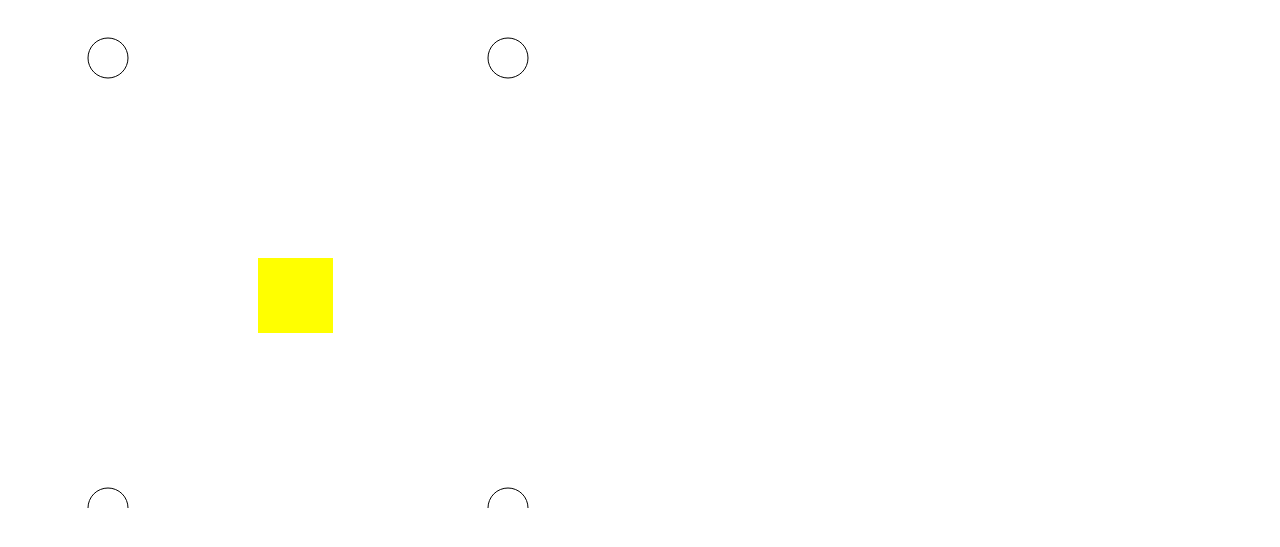
Repository: facio313/Python
Page: HELLO_PYTHON/day17/templates/canvas.html
The author's editor kept a copy of each file at every save. The page is drawn from the files as they stood at one save, then again after the next save.
The browser window is 1280 px wide. The pictures show the whole page.

Above is the page before, as saved 2022-12-15 10:38:06.

### HELLO_PYTHON/day17/templates/canvas.html
<!DOCTYPE html>
<html>
<head>
<meta charset="UTF-8">
<title>Insert title here</title>
</head>
<body onload="loader()">
<script>
function loader(){
	var canvas = document.getElementById( "canvas" );   // canvas 객체
	var ctx = canvas.getContext( "2d" );      // 2d canvas 획득

	ctx.beginPath();
	ctx.arc(100, 50, 20, 0, Math.PI*2, false );
	ctx.stroke();

	ctx.beginPath();
	ctx.arc(500, 50, 20, 0, Math.PI*2, false );
	ctx.stroke();

	ctx.beginPath();
	ctx.arc(500, 500, 20, 0, Math.PI*2, false );
	ctx.stroke();

	ctx.beginPath();
	ctx.arc(100, 500, 20, 0, Math.PI*2, false );
	ctx.stroke();

	ctx.fillStyle = "rgba(255, 255, 0, 1)";
	ctx.fillRect (250, 250, 75, 75);
}
</script>

 <canvas id="canvas" width="600" height="500"/>

</body>
</html>

After the next save:
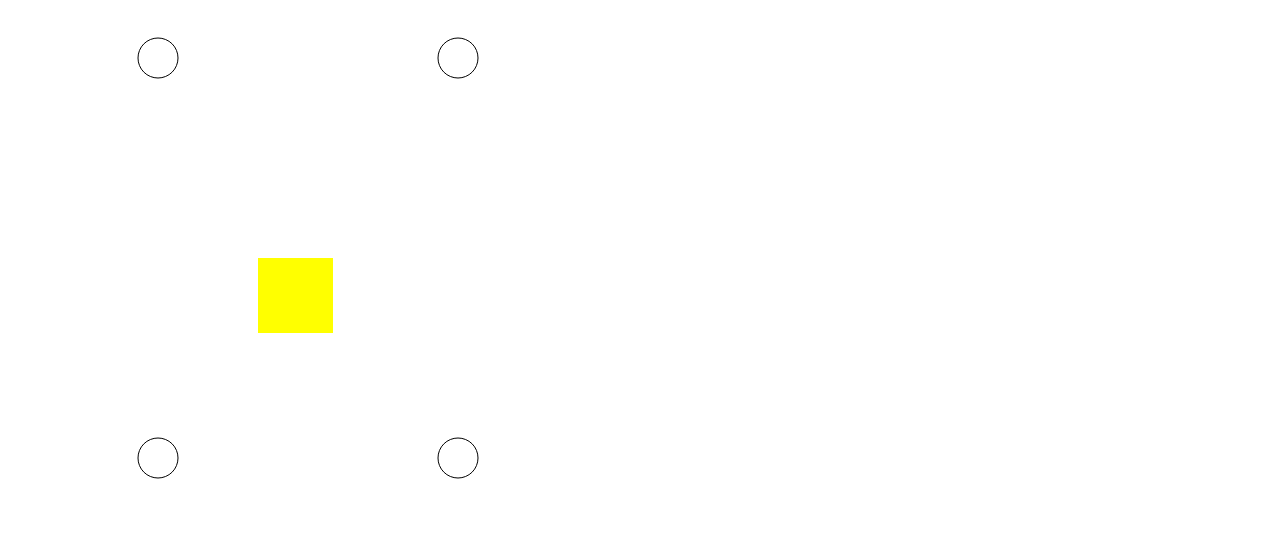
Saved 24 s later.
--- a/HELLO_PYTHON/day17/templates/canvas.html
+++ b/HELLO_PYTHON/day17/templates/canvas.html
@@ -11,19 +11,19 @@ function loader(){
 	var ctx = canvas.getContext( "2d" );      // 2d canvas 획득
 
 	ctx.beginPath();
-	ctx.arc(100, 50, 20, 0, Math.PI*2, false );
+	ctx.arc(150, 50, 20, 0, Math.PI*2, false );
 	ctx.stroke();
 
 	ctx.beginPath();
-	ctx.arc(500, 50, 20, 0, Math.PI*2, false );
+	ctx.arc(450, 50, 20, 0, Math.PI*2, false );
 	ctx.stroke();
 
 	ctx.beginPath();
-	ctx.arc(500, 500, 20, 0, Math.PI*2, false );
+	ctx.arc(450, 450, 20, 0, Math.PI*2, false );
 	ctx.stroke();
 
 	ctx.beginPath();
-	ctx.arc(100, 500, 20, 0, Math.PI*2, false );
+	ctx.arc(150, 450, 20, 0, Math.PI*2, false );
 	ctx.stroke();
 
 	ctx.fillStyle = "rgba(255, 255, 0, 1)";
